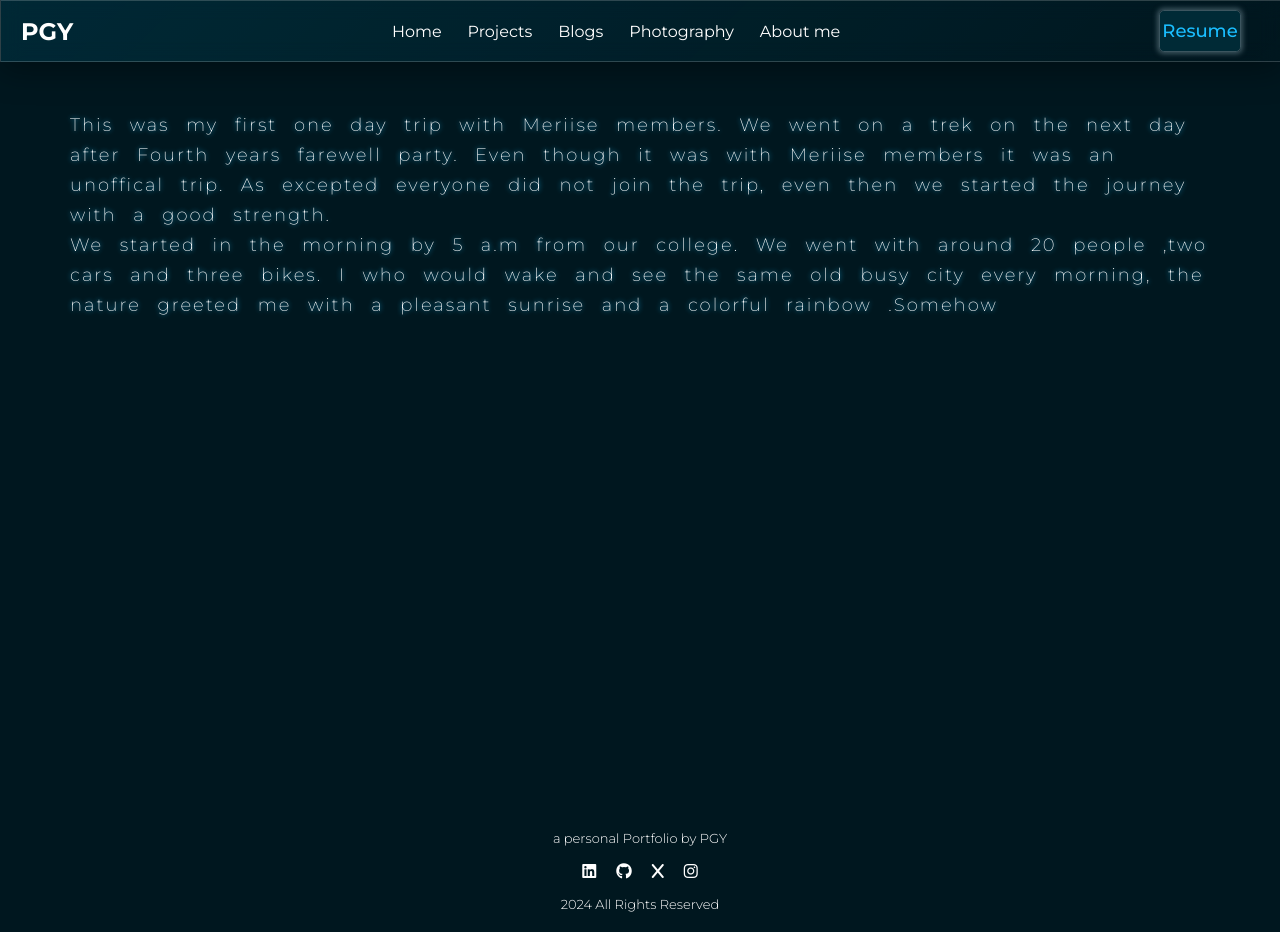
Repository: pgyunknown/pgyunknown
Page: personalBlog/AgniGudda.html
An editor plug-in stored every save of this project. The page is shown before and after the next save, followed by the edit.
The browser window is 1280 px wide. The pictures show the whole page.
Some web libraries are served in a nearby version.

Above is the page before, as saved 2024-08-30 01:04:08.

### personalBlog/AgniGudda.html
<!DOCTYPE html>
<html lang="en">
<head>
    <meta charset="UTF-8">
    <meta name="viewport" content="width=device-width, initial-scale=1.0">
    <title>Porfolio-Blog</title>
    <link rel="stylesheet" href="AgniGudda.css">
    <link rel="preconnect" href="https://fonts.googleapis.com">
<link rel="preconnect" href="https://fonts.gstatic.com" crossorigin>
<link href="https://fonts.googleapis.com/css2?family=Libre+Baskerville:ital,wght@0,400;0,700;1,400&family=Montserrat:ital,wght@0,100..900;1,100..900&family=Titillium+Web:ital,wght@0,200;0,300;0,400;0,600;0,700;0,900;1,200;1,300;1,400;1,600;1,700&display=swap" rel="stylesheet">
<link rel="stylesheet" href="https://cdnjs.cloudflare.com/ajax/libs/font-awesome/6.6.0/css/all.min.css" integrity="sha512-Kc323vGBEqzTmouAECnVceyQqyqdsSiqLQISBL29aUW4U/M7pSPA/gEUZQqv1cwx4OnYxTxve5UMg5GT6L4JJg==" crossorigin="anonymous" referrerpolicy="no-referrer" />
</head>
<body>
    <header>
        <div class="pgy_con">
                <div class="pgy"><a href="#">PGY</a></div>
        </div>
                <div class="nav_bar">
                <a href="index.html" id="home">Home</a>
                <a href="project.html"id="projects">Projects</a>
                <a href="blog.html"id="blogs">Blogs</a>
                <a href="photography.html"id="photo">Photography</a>
                <a href="aboutme.html"id="About">About me</a>
                </div>
        <div class="resume_con">
                <button>Resume</button>
        </div>
    </header>

    <main>
      <p>This was my first one day trip with Meriise members. We went on a trek on the next day after Fourth years farewell party. Even though it was with Meriise members it was an unoffical trip. As excepted everyone did not join the trip, even then we started the journey with a good strength.</p>

    <p>We started in the morning by 5 a.m from our college. We went with around 20 people ,two cars and three bikes. I who would wake and see the same old busy city every morning, the nature greeted me with a pleasant sunrise and a colorful rainbow .Somehow </p>

              <!-- <div class="contianer1">
        <div ><img src="imgs/IMG_20240810_135026.jpg" alt=""></div>
        <div ><img src="imgs/1721815864132.jpeg" alt=""></div>
        <div ><img src="imgs/WhatsApp Image 2024-08-16 at 18.34.26_5f8bc427.jpg" alt=""></div>
        </div> -->

    </main>

    <footer>
            <div class="footer_port">a personal Portfolio by PGY</div>
            <div class="footer_icons">
            <a href="https://www.linkedin.com/in/p-gokul-yadav-82548a295?utm_source=share&utm_campaign=share_via&utm_content=profile&utm_medium=android_app" alt="Gokul's linkedin profile" target="_blank"><i class="fa-brands fa-linkedin"></i></a>
            <a href="https://github.com/pgyunknown" alt="Gokul Github profile" target="_blank"><i class="fa-brands fa-github"></i></a>
            <a href=" https://x.com/cody_hunk?t=EkARfGCWhhBT_BHbby4DGw&s=08 " target="_blank"><i class="fa-brands fa-x" ></i></a>
            <a href="#"><i class="fa-brands fa-instagram" target="_blank"></i></a>
        </div>
        <div class="copyrights">2024 All Rights Reserved</div>
    </footer>

</body>
</html>

### personalBlog/AgniGudda.css
*{margin: 0px;
    padding: 0px;
}
body{
    background-color: #00171F;
    color: white;
    box-sizing: border-box;
}
a{
    text-decoration: none;
    color: inherit;
}

header{
    display: flex;
    justify-content: space-between;
    align-items: center;
    padding-bottom: 10px;
    padding-top: 10px;
    /* Glassy effect */
    background: linear-gradient(135deg, rgba(0, 200, 255, 0.1), rgba(255, 255, 255, 0));
    backdrop-filter: blur(10px);
    -webkit-backdrop-filter: blur(10px);
    border:1px solid rgba(255, 255, 255, 0.18);
    box-shadow: 0 8px 32px 0 rgba(0, 0, 0, 0.37);

    overflow: hidden;
    position: fixed;
    left: 0px; /* Set the navbar to fixed position */
    top: 0px; /* Position the navbar at the top of the page */
    width: 100%;
    height: 40px;
}

.pgy_con
{
    margin-left: 20px;
    font-family: "Montserrat", sans-serif;
    font-optical-sizing: auto;
    font-size: x-large;
    font-weight: 700;
    font-style: normal;
    align-items: end;

}

.pgy_con .pgy a{
    text-decoration: none;
}


.nav_bar {
        /* height: 50px; */
    width: 500px;
    display: flex;
    justify-content: space-evenly;
    transition-property: all;
    transition-timing-function: ease-in-out;
    transition-delay: 1s;


}

.nav_bar a{
    box-sizing: border-box;
    font-family: "Montserrat", sans-serif;
    font-optical-sizing: auto;
    font-weight: 400;
    font-style: normal
    text-decoration: none;
    justify-content: space-around;
    align-items: center;
    padding-top:10px;
    padding-bottom :10px;
}

.nav_bar a:hover{
    color: #FFC107;
    text-shadow: #FFC107 0px 0px  1px;
    border-bottom: 0.5px solid #FFC107;


}


.resume_con {
    display: flex;
    justify-content: center;
    margin-right: 20px;
    background-color: #00171F;
    margin-right: 40px;
}
.resume_con button{
    background-color:rgba(0, 200, 255, 0.1);
    box-sizing: content-box;
    height: 2.5rem;
    width: 5rem;
    font-family: "Montserrat", sans-serif;
    font-optical-sizing: auto;
    font-size: large;
    font-weight: 500;
    font-style: normal;
    color: #1ABEFF;
    border: 0.0001px solid #3c555f;
    border-radius: 0.3rem;
    box-shadow: 0px 0px 5px 2px #3c555f;

}
main{
    /* display: flex;
    flex-direction:column ;
    align-items: center;
    justify-content: center; */
    height: 600px;
    width: 90%;
    justify-content:space-around;
    align-items: center;
    padding: 50px;
    margin: 60px 20px 70px 20px;
    letter-spacing: 2px;
    word-spacing: 10px;
    line-height: 30px;
    font-family: "Montserrat", sans-serif;
    font-optical-sizing: auto;
    font-size: large;
    font-weight: 200;
    font-style: normal;
    text-shadow:#1ABEFF 0 0 5px;
    }

    main .contianer1{

    display: flex;
    flex-direction: row;
    justify-content: center;
    align-items: center;

}

main .contianer1 img{
    height: 300px;
    width: 300px;
    margin: 50px;
    border-radius:10px;
    border: 1px solid #ffffff;
    box-shadow: 0px 0px 25px 1px #2792bd;
}


footer{
    display: flex;
    flex-direction:column;
    justify-content: space-evenly;
    align-items: center;
    margin-bottom: 20px;
    font-family: "Montserrat", sans-serif;
    font-optical-sizing: auto;
    font-size: small;
    font-weight: 300;
    font-style: normal;
}

.footer_icons{
    display: flex;
    justify-content: center;
    align-items: center;
    width: 50px;
    height: 50px;
}



.copyrights{
    display: flex;
    justify-content: center;
    align-items: center;
}

.footer_icons a{
font-size: medium;
padding: 10px;
width: 50px;
height: 50px;
display: flex;
justify-content: center;
align-items: center;
}

After the next save:
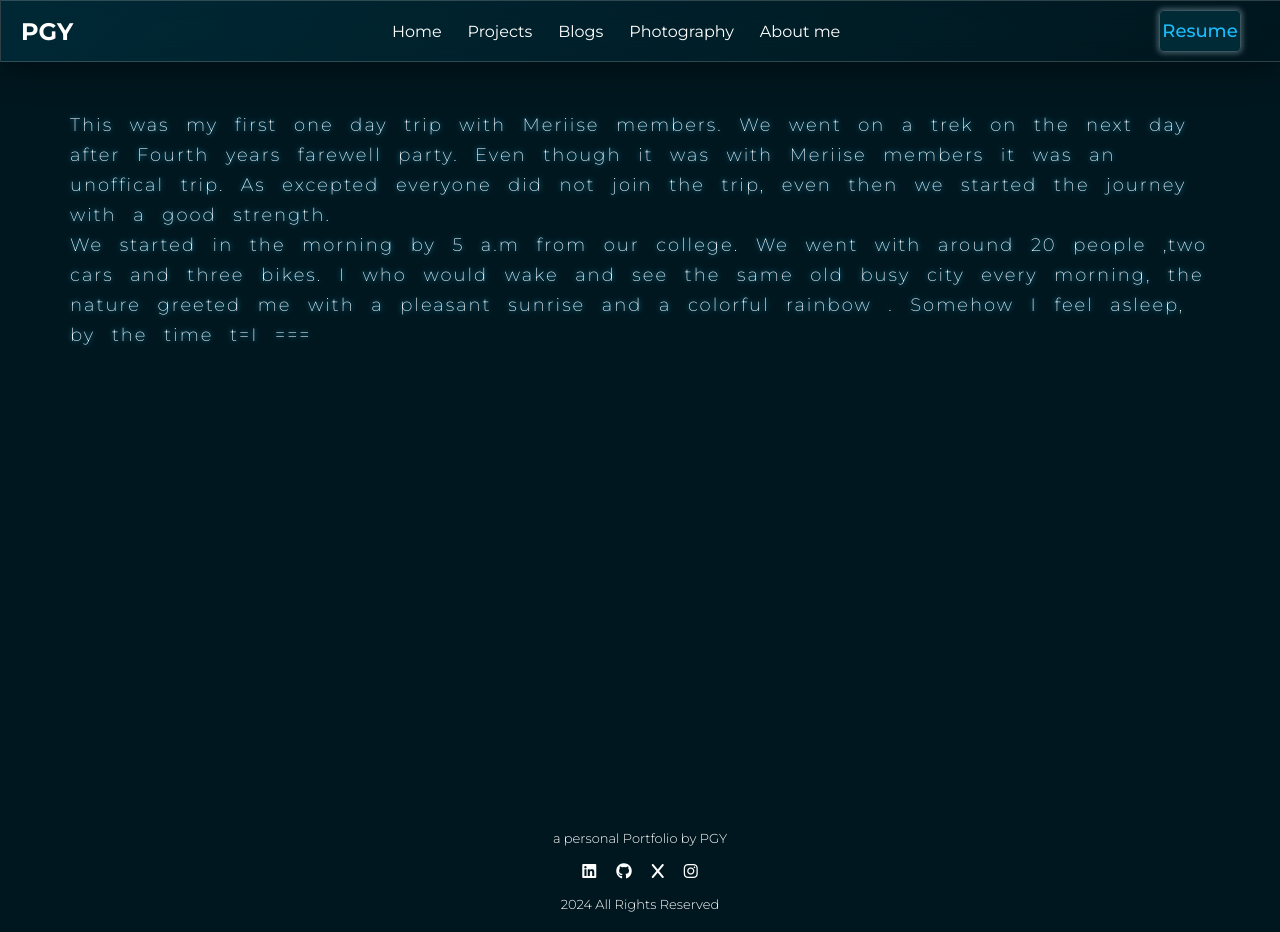
Saved 57 s later.
--- a/personalBlog/AgniGudda.html
+++ b/personalBlog/AgniGudda.html
@@ -30,7 +30,7 @@
     <main>
       <p>This was my first one day trip with Meriise members. We went on a trek on the next day after Fourth years farewell party. Even though it was with Meriise members it was an unoffical trip. As excepted everyone did not join the trip, even then we started the journey with a good strength.</p>
 
-    <p>We started in the morning by 5 a.m from our college. We went with around 20 people ,two cars and three bikes. I who would wake and see the same old busy city every morning, the nature greeted me with a pleasant sunrise and a colorful rainbow .Somehow </p>
+    <p>We started in the morning by 5 a.m from our college. We went with around 20 people ,two cars and three bikes. I who would wake and see the same old busy city every morning, the nature greeted me with a pleasant sunrise and a colorful rainbow . Somehow I feel asleep, by the time t=I ===</p>
 
               <!-- <div class="contianer1">
         <div ><img src="imgs/IMG_20240810_135026.jpg" alt=""></div>
